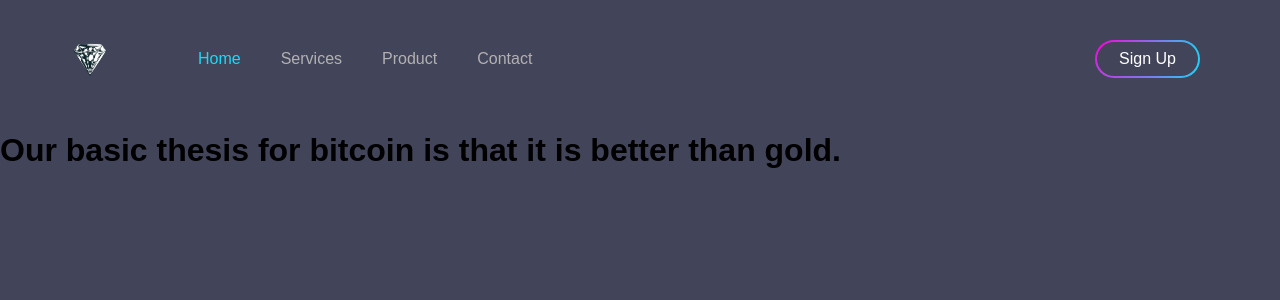
Repository: Aakarshit-Sharma19/Basic-HTML-and-CSS-Page-
Page: index.html
The author's editor kept a copy of each file at every save. The page is drawn from the files as they stood at one save, then again after the next save.
The browser window is 1280 px wide. The pictures show the whole page.

Above is the page before, as saved 2020-11-10 15:14:03.

After the next save:
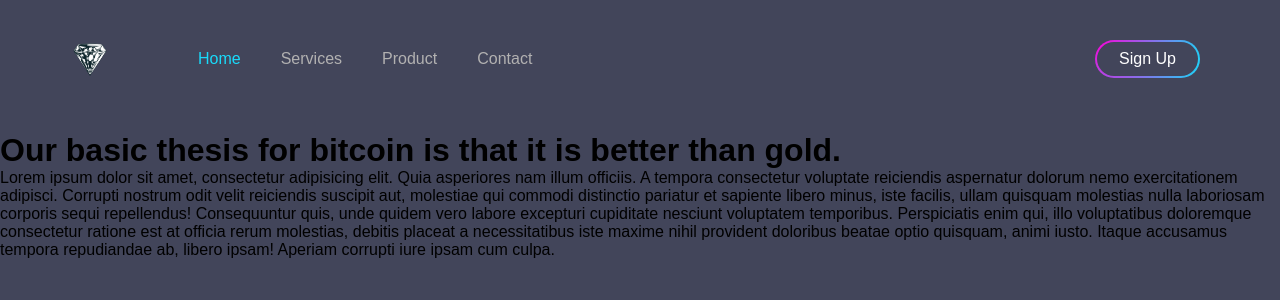
Saved 6 min 51 s later.
--- a/index.html
+++ b/index.html
@@ -21,6 +21,7 @@
         <div class="banner">
             <div class="app-text">
                 <h1>Our basic thesis for bitcoin is that it is better than gold.</h1>
+                <p>Lorem ipsum dolor sit amet, consectetur adipisicing elit. Quia asperiores nam illum officiis. A tempora consectetur voluptate reiciendis aspernatur dolorum nemo exercitationem adipisci. Corrupti nostrum odit velit reiciendis suscipit aut, molestiae qui commodi distinctio pariatur et sapiente libero minus, iste facilis, ullam quisquam molestias nulla laboriosam corporis sequi repellendus! Consequuntur quis, unde quidem vero labore excepturi cupiditate nesciunt voluptatem temporibus. Perspiciatis enim qui, illo voluptatibus doloremque consectetur ratione est at officia rerum molestias, debitis placeat a necessitatibus iste maxime nihil provident doloribus beatae optio quisquam, animi iusto. Itaque accusamus tempora repudiandae ab, libero ipsam! Aperiam corrupti iure ipsam cum culpa.</p>
             </div>
         </div>
     </div>
